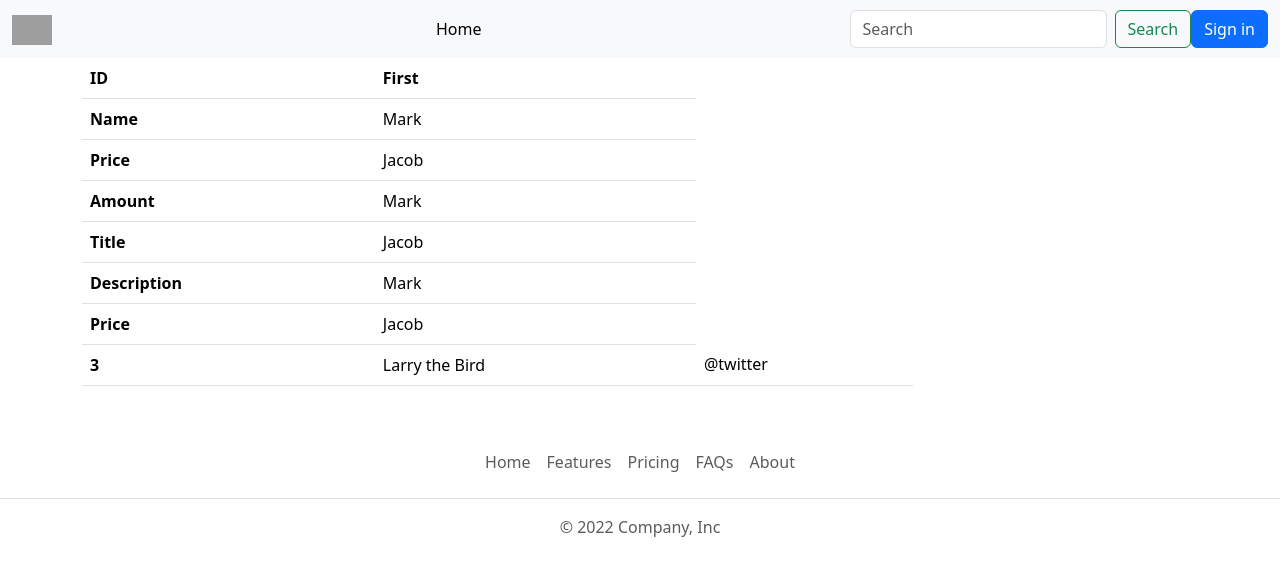
Repository: nguyenducviet22/my-project
Page: http://localhost/Test/manageProduct.jsp
These files come from the project's save history. The page is drawn as it stood at one moment and after the next save; the edit follows.
The browser window is 1280 px wide. The pictures show the whole page.
Pictures or frames that could not be fetched are drawn as grey boxes. The page is served by Tomcat 9. Nobody is signed in. The application's start-up code is not run. The template is opened directly, without the code that normally fills it, so the values that code supplies are empty.

Above is the page before, as saved 2023-03-16 12:41:56.

After the next save:
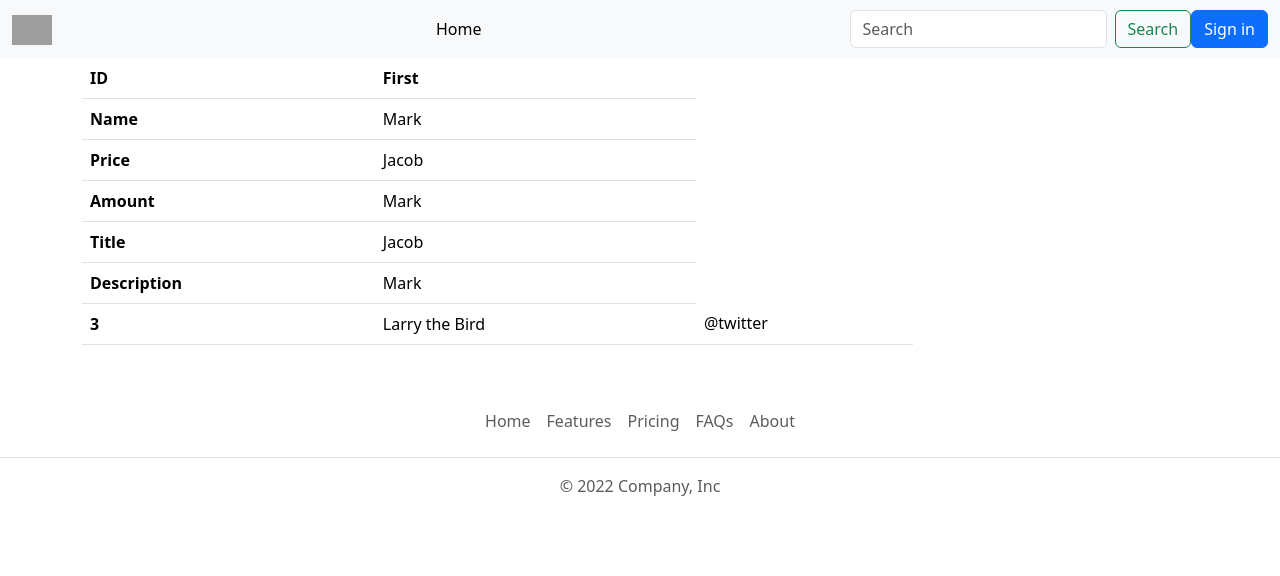
Saved 14 s later.
--- a/Test/src/main/webapp/manageProduct.jsp
+++ b/Test/src/main/webapp/manageProduct.jsp
@@ -57,10 +57,7 @@
 							<th scope="row">Description</th>
 							<td>Mark</td>
 						</tr>
-						<tr>
-							<th scope="row">Price</th>
-							<td>Jacob</td>
-						</tr>
+
 						<tr>
 							<th scope="row">3</th>
 							<td colspan="2">Larry the Bird</td>
